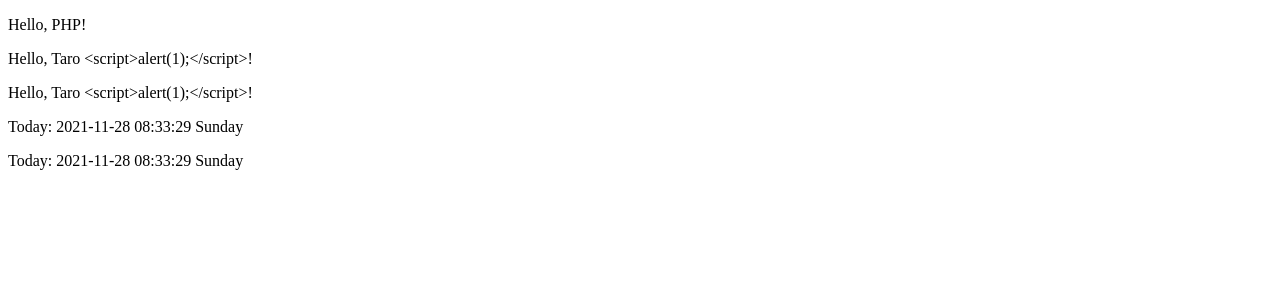
Repository: posse-ap/gen2.0-Karen-812
Page: http://localhost/work/web/index.php
These files come from the project's save history. The page is drawn as it stood at one moment and after the next save; the edit follows.
The browser window is 1280 px wide. The pictures show the whole page.
The page is run by PHP 8.4 with error messages shown; the project is at /var/www/html/.

Above is the page before, as saved 2021-12-23 13:01:22.

### basic_php_webdev-master/work/web/index.php
<?php

function h($str){
  return htmlspecialchars($str, ENT_QUOTES);
}
$today = date('Y-m-d H:i:s l');
$name = 'Taro <script>alert(1);</script>';
?>

<!DOCTYPE html>
<html lang="ja">
<head>
  <meta charset="utf-8">
  <title>PHP Practice</title>
</head>
<body>
  <p>Hello, PHP!</p>
  <p>Hello, <?= htmlspecialchars($name, ENT_QUOTES) ?>!</p>
  <p>Hello, <?= h($name); ?>!</p>
  <p>Today: <?= date('Y-m-d H:i:s l'); ?></p>
  <p>Today: <?= $today; ?></p>
</body>
</html>

After the next save:
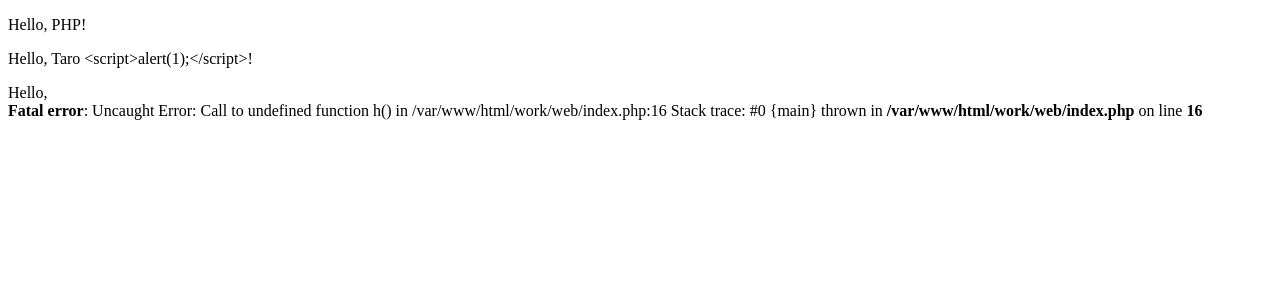
Saved 54 s later.
--- a/basic_php_webdev-master/work/web/index.php
+++ b/basic_php_webdev-master/work/web/index.php
@@ -1,8 +1,5 @@
 <?php
 
-function h($str){
-  return htmlspecialchars($str, ENT_QUOTES);
-}
 $today = date('Y-m-d H:i:s l');
 $name = 'Taro <script>alert(1);</script>';
 ?>
